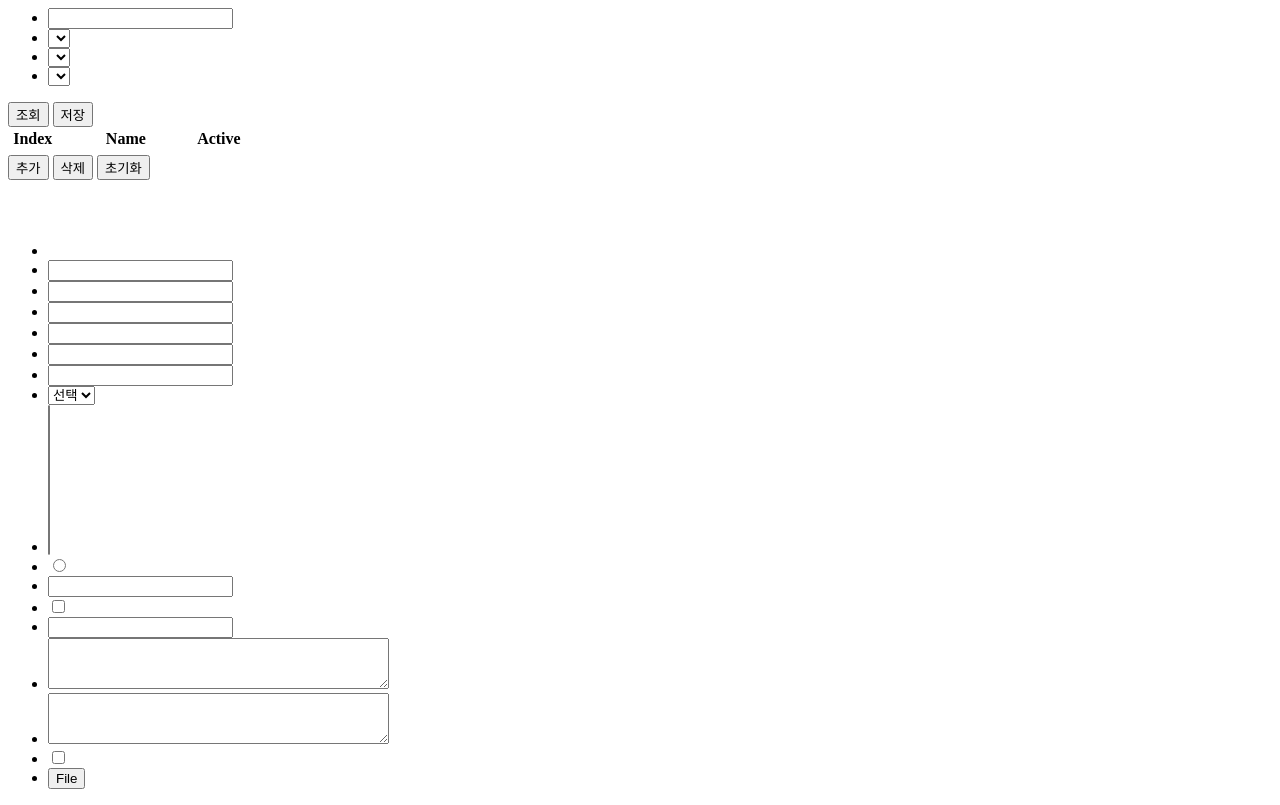
Repository: bbalganjjm/natural_js_boot
Page: src/main/resources/static/html/com/app/sample/type0401.html
An editor plug-in stored every save of this project. The page is shown before and after the next save, followed by the edit.
The browser window is 1280 px wide. The pictures show the whole page.

Above is the page before, as saved 2021-03-18 18:21:43.
Console error: ReferenceError: N is not defined

### src/main/resources/static/html/com/app/sample/type0401.html
<article class="type0401">
    <div id="search" class="form__">
        <div class="criteria-panel">
            <ul>
                <li><input id="name" type="text" class="mdc-text-field" data-type="filled" data-label="Name"></li>
                <li><select id="age" class="mdc-njs-select" data-label="Age"><option value=""></option></select></li>
                <li><select id="gender" class="mdc-njs-select" data-label="Gender"><option value=""></option></select></li>
                <li><select id="eyeColor" class="mdc-njs-select" data-label="Eye Color"><option value=""></option></select></li>
            </ul>
        </div>
    </div>

    <div class="flex-horizental">
        <div style="max-width: 33%;">
            <div class="btn-panel">
                <button id="btnSearch" class="btn-search mdc-button mdc-button--raised" data-icon="youtube_searched_for">조회</button>
                <button id="btnSave" class="mdc-button" data-icon="save_alt">저장</button>
            </div>
            <table id="master" class="grid__">
                <colgroup>
                    <col style="width: 20%;">
                    <col style="width: 60%;">
                    <col style="width: 20%;">
                </colgroup>
                <thead>
                    <tr>
                        <th>Index</th>
                        <th>Name</th>
                        <th>Active</th>
                    </tr>
                </thead>
                <tbody>
                    <tr>
                        <td id="index" style="text-align: center;"></td>
                        <td id="name"></td>
                        <td id="isActive" style="text-align: center;"></td>
                    </tr>
                </tbody>
            </table>
        </div>

        <div>
            <div class="btn-panel">
                <button id="btnAdd" class="mdc-button" data-icon="playlist_add">추가</button>
                <button id="btnDelete" class="mdc-button" data-icon="delete_sweep">삭제</button>
                <button id="btnRevert" class="mdc-button" data-icon="restart_alt">초기화</button>
            </div>
            <ul id="detail" class="form__">
                <li>
                    <img id="picture" height="60">
                </li>
                <li>
                    <span><input id="name" type="text" data-validate='[["required"]]' class="mdc-text-field" data-type="filled" data-label="Name"></span>
                </li>
                <li>
                    <span>
                        <input id="deptNm" type="text" data-validate='[["required"]]' readonly="readonly" class="mdc-text-field" data-type="filled" data-label="Department Name" data-trailingicon="search" data-btnid="btnDeptCd">
                    </span>
                </li>
                <li>
                    <span><input id="email" type="text" data-validate='[["required"], ["email"]]' class="mdc-text-field" data-type="filled" data-label="Email"></span>
                </li>
                <li>
                    <span><input id="key" type="text" data-format='[["generic", "@@＊＊＊＊＊＊"]]' data-validate='[["required"]]' class="mdc-text-field" data-type="filled" data-label="Key"></span>
                </li>
                <li>
                    <span><input id="balance" type="text" data-format='[["numeric", "$#,###.##0"]]' data-validate='[["required"], ["number"]]' class="mdc-text-field" data-type="filled" data-label="Balance"></span>
                </li>
                <li>
                    <span><input id="phone" type="text" data-validate='[["required"]]' class="mdc-text-field" data-type="filled" data-label="Phone"></span>
                </li>
                <li>
                    <span><select id="eyeColor" data-validate='[["required"]]' class="mdc-njs-select" data-label="Eye Color"><option>선택</option></select></span>
                </li>
                <li>
                    <span rowspan="4">
                        <select id="company" multiple="multiple" data-validate='[["required"]]' style="height: 150px;"></select>
                    </span>
                </li>
                <li>
                    <span><input id="gender" type="radio"></span>
                </li>
                <li>
                    <span><input id="age" type="text" data-validate='[["required"], ["integer"]]' class="mdc-text-field" data-type="filled" data-label="Age"></span>
                </li>
                <li>
                    <span><input id="favoriteFruit" type="checkbox" data-validate='[["required"]]'></span>
                </li>
                <li>
                    <span><input id="registered" type="text" data-format='[["date", 8, "date"]]' data-validate='[["required"]]' class="mdc-text-field" data-type="filled" data-label="Registered"></span>
                </li>
                <li>
                    <span colspan="3"><textarea id="about" rows="3" cols="40" data-validate='[["required"]]' class="mdc-text-field" title="About"></textarea></span>
                </li>
                <li>
                    <span colspan="3"><textarea id="greeting" rows="3" cols="40" data-validate='[["required"]]' class="mdc-text-field" title="Greeting"></textarea></span>
                </li>
                <li>
                    <span colspan="3"><input id="isActive" type="checkbox"></span>
                </li>
                <li>
                    <span colspan="3"><button id="btnFile" class="mdc-button mdc-button--outlined" data-icon="file_present">File</button></span>
                </li>
            </ul>
        </div>
    </div>
</article>

<script type="text/javascript">
(function() {

    var cont = N(".type0401").cont({
        "p.select.gender" : [ "gender" ],
        "p.select.eyeColor" : [ "eyeColor" ],
        "p.select.company" : [ "company" ],
        "p.select.favoriteFruit" : [ "favoriteFruit" ],
        "p.select.age" : [ "c.getCommonCodeList", "age", "age", function(data) {
            return N(N.array.deduplicate(data, "age")).datasort("age");
        }],
        "p.form.search" : {
            "usage" : {
                "search-box" : {
                    "defaultButton" : ".btnSearch",
                    "events" : [{
                        "event" : "focusin",
                        "target" : "#name",
                        "handler" : function(e) {
                            N.log(e);
                        }
                    }]
                }
            }
        },
        "p.form.detail" : {
            revert : true,
            autoUnbind : true
        },
        "p.grid.master" : {
            height : 442,
            select : true,
            selectScroll : false,
            onSelect : function(index, rowEle, data, beforeRow, e) {
                // TODO 전처리

                APP.comm.utils.selectNBind.call(this, {
                    cont : cont,
                    form : "p.form.detail"
                });

                // 파일 요약 목록 생성
                if(data.length > 0) {
                    APP.comm.utils.getFileSummaryList(cont["p.form.detail"].val("fileId"), "fileName", 60, cont["e.btnFile.click"]);
                }

                // TODO 후처리
            },
            onBind : function(context, data, isFirstPage, isLastPage) {
                if(isFirstPage) {
                    this.select(0);
                }
            }
        },
        "p.popup.dept" : {
            url : "html/com/app/sample/type04P0.html",
            onOpen : "onOpen",
            onClose : function(onCloseData) {
                if (onCloseData) {
                    cont["p.form.detail"]
                    .val("deptNm", onCloseData.deptNm)
                    .val("deptCd", onCloseData.deptCd);
                }
            }
        },
        /**
         * 공통 파일 팝업.
         */
        "p.popup.file" : {
            onClose : function(onCloseData) {
                if(onCloseData) {
                    cont["p.form.detail"].val("fileId", onCloseData.fileId);

                	// 파일 요약 목록 생성
                    APP.comm.utils.createFileSummaryList(onCloseData.downloadList, "fileName", 60, cont["e.btnFile.click"]);
                }
            }
        },
        "c.getCommonCodeList" : function() {
            return N.comm("sample/getSampleList.json");
        },
        "c.getSampleList" : function() {
            return cont["p.form.search"].data(false).comm("sample/getSampleList.json");
        },
        "c.saveSample" : function() {
            return N(cont["p.grid.master"].data("modified")).comm({
                dataIsArray : true,dataIsArray : true, // Array 타입의 여러 행데이터가 1 개 일때는 자동으로 Object로 변환됩니다. 자동으로 변환되지 않게 하려면 dataIsArray 옵션을 true로 지정해 주세요.
                url : "sample/saveSample.json"
            });
        },
        "e.btnSearch.click" : function(e) {
            e.preventDefault();

            if (cont["p.form.search"].validate()) {
                cont["c.getSampleList"]().submit(function(data) {
                    // N.grid bind
                    cont["p.grid.master"].bind(data);
                });
            }
        },
        "e.btnDeptCd.click" : function(e) {
            e.preventDefault();
            cont["p.popup.dept"].open(cont["p.form.detail"].data(true)[0]);
        },
        "e.btnSave.click" : function(e) {
            e.preventDefault();

            return APP.comm.utils.save.call(this, {
                cont : cont,
                comm : "c.saveSample",
                changed : "p.grid.master",
                validate : "p.form.detail",
                before : function() {
                    // TODO
                },
                after : function(data) {
                    cont["e.btnSearch.click"].click();
                }
            });
        },
        "e.btnAdd.click" : function(e) {
            e.preventDefault();

            if (cont["p.form.detail"].validate()) {
                cont["p.form.detail"].add();
            }
        },
        "e.btnDelete.click" : function(e) {
            e.preventDefault();

            cont["p.form.detail"].remove();
        },
        "e.btnRevert.click" : function(e) {
            e.preventDefault();

            if (cont["p.grid.master"].data("modified").length === 0) {
                N(window).alert(N.message.get(APP.comm.messages, "COMM-0001")).show();
                return false;
            }

            cont["p.form.detail"].revert();
        },
        "e.btnFile.click" : function(e) {
            e.preventDefault();

            cont["p.popup.file"].open(cont["p.form.detail"].val("fileId"));
        },
        init : function(view, request) {
			// cont.opener는 탭이 포함된 부모페이지의 Controller Object.
            if(cont.opener) {
                cont["p.form.search"].context().hide().prev("h3").hide().prev(".view-intro").hide();
				// 부모 페이지 컨트롤러의 검색 버튼 클릭
                cont.opener["e.btnSearch.click"].click();
            } else {
                cont["e.btnSearch.click"].click();
            }
        }
    });

})();
</script>

After the next save:
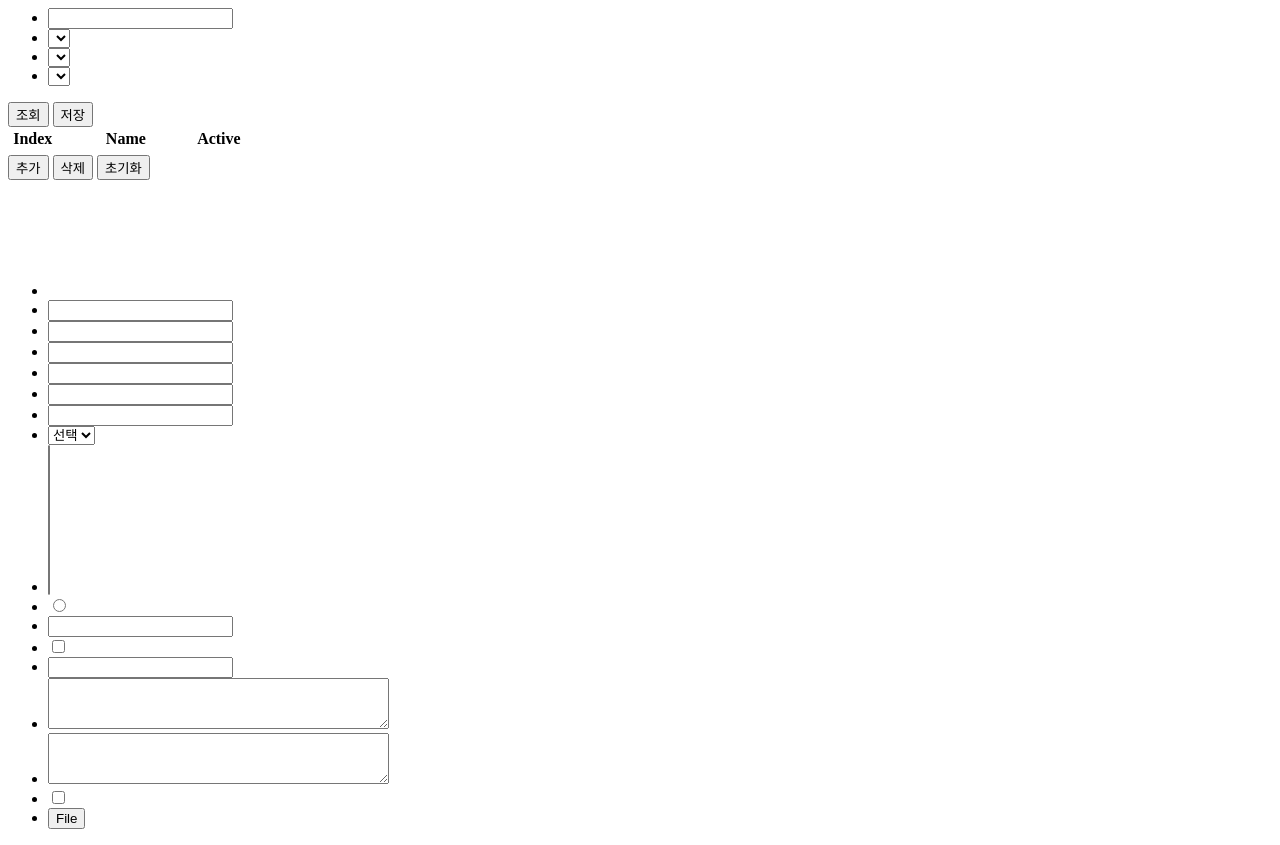
Saved 11 s later.
--- a/src/main/resources/static/html/com/app/sample/type0401.html
+++ b/src/main/resources/static/html/com/app/sample/type0401.html
@@ -47,7 +47,7 @@
             </div>
             <ul id="detail" class="form__">
                 <li>
-                    <img id="picture" height="60">
+                    <img id="picture" height="100">
                 </li>
                 <li>
                     <span><input id="name" type="text" data-validate='[["required"]]' class="mdc-text-field" data-type="filled" data-label="Name"></span>
